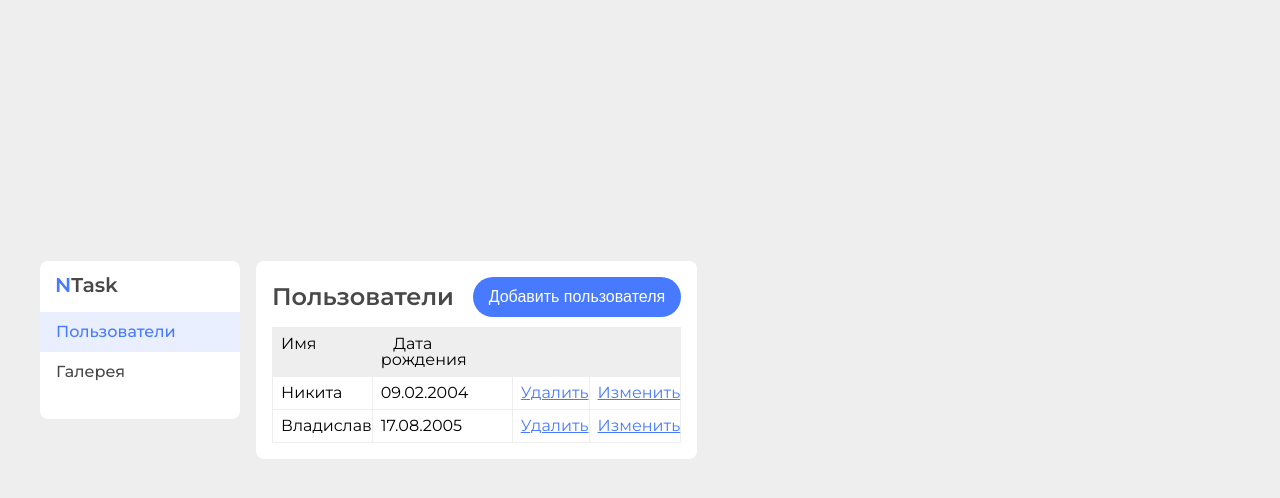
Repository: Grid-Master/NTask
Page: /NTask/gallery
An editor plug-in stored every save of this project. The page is shown before and after the next save, followed by the edit.
The browser window is 1280 px wide. The pictures show the whole page.
The project was rebuilt for these pictures with package versions that can differ from the ones it lists, and the page was loaded fresh each time. Also part of the build but not shown: src/components/gallery/gallery.sass, src/components/updateUser/updateUser.sass, src/components/updateUser/UpdateUser.tsx.

Above is the page before, as saved 2023-06-09 19:49:39.

After the next save:
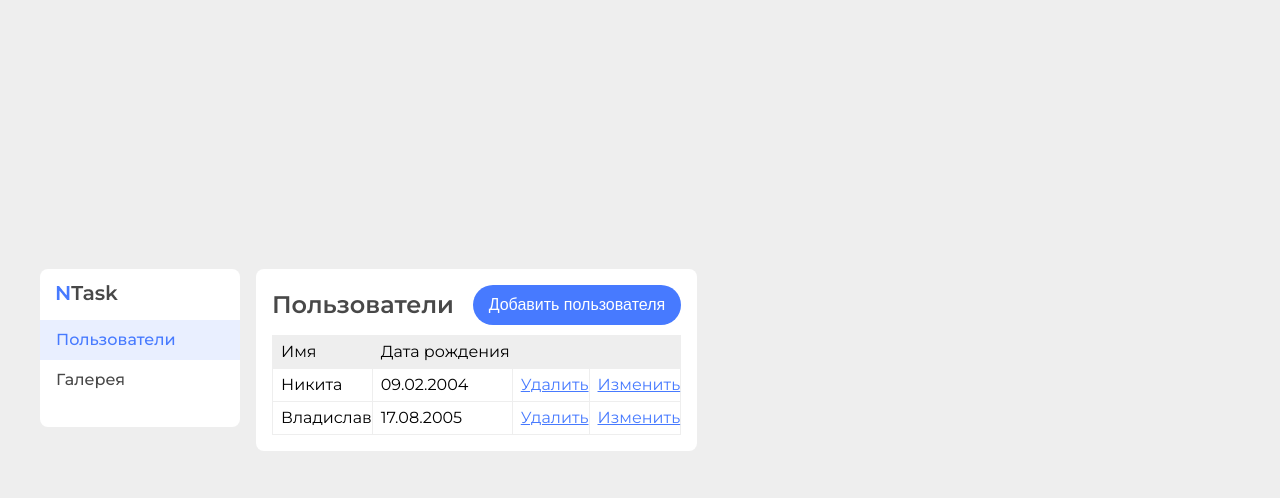
Saved 9 s later.
--- a/src/components/userList/UserList.tsx
+++ b/src/components/userList/UserList.tsx
@@ -29,14 +29,17 @@ const UserList: FC = () => {
       <table className="userList__table">
         <tr className="userList__table-info">
           <td>Имя</td>
-          <td> &nbsp; &nbsp;Дата рождения &nbsp; &nbsp;</td>
+          <td>Дата рождения</td>
           <td></td>
           <td></td>
         </tr>
         {users.map((user) => (
           <tr key={user.id}>
             <td>{user.name}</td>
-            <td>{user.date}</td>
+            <td>
+              {user.date}
+              &nbsp;
+            </td>
             <td className="userList__table-btn" onClick={() => deleteHandler(user.id)}>
               Удалить
             </td>
